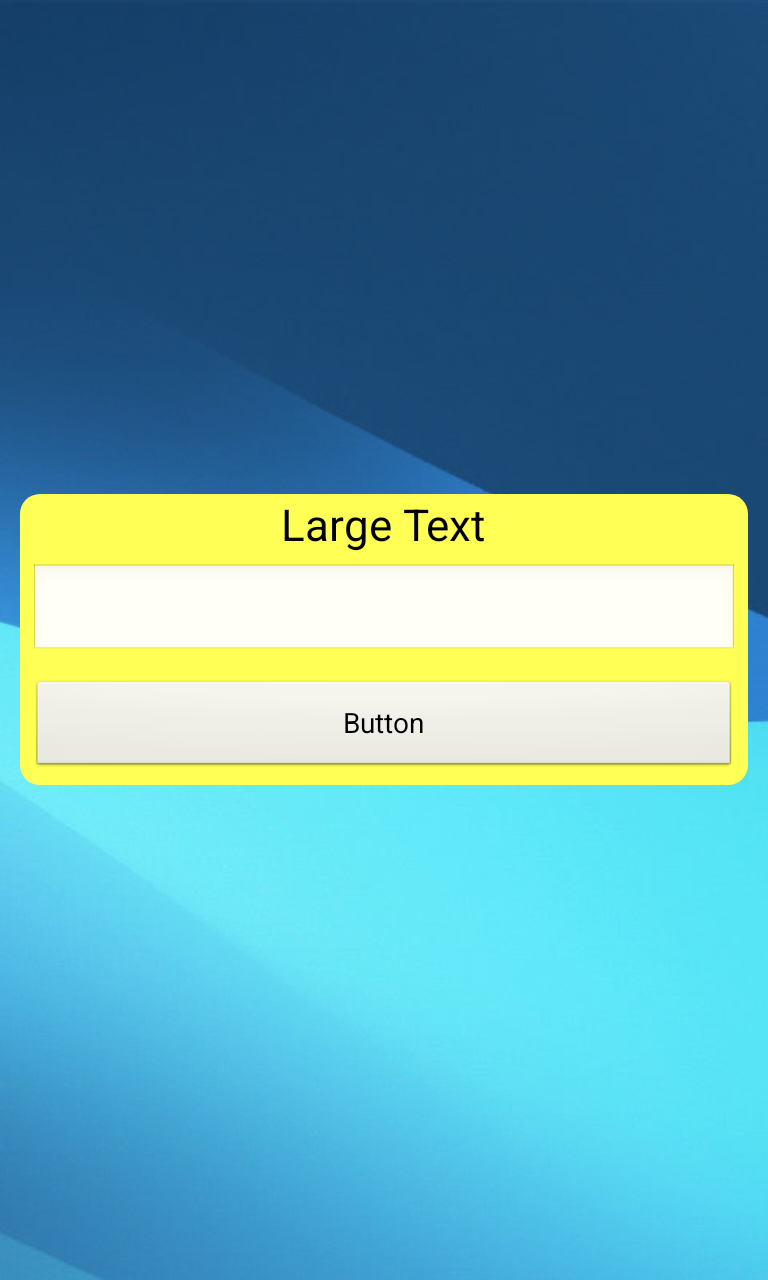
Repository: jonatansantos/Android-Server-Status
Layout: desarrollo/Principal/res/layout/login.xml
These files come from the project's save history. The layout is drawn as it stood at one moment and after the next save; the edit follows.
It is drawn on a 768 x 1280 px phone screen (xhdpi) without system bars, with theme android:Theme.Light.NoTitleBar; the app's code is not run.

Above is the layout before, as saved 2012-06-04 16:24:48.

### desarrollo/Principal/res/layout/login.xml
<?xml version="1.0" encoding="utf-8"?>
<RelativeLayout xmlns:android="http://schemas.android.com/apk/res/android"
    android:background="@drawable/fondo"
    android:id="@+id/RelativeLayout1"
    android:layout_width="match_parent"
    android:layout_height="match_parent"
    android:orientation="vertical" >





    <LinearLayout
        android:id="@+id/linear1"
        android:layout_width="match_parent"
        android:layout_height="wrap_content"
        android:layout_centerHorizontal="true"
        android:layout_centerVertical="true"
        android:layout_margin="10dp"
        android:background="@drawable/borde"
        android:orientation="vertical" >



        <TextView
            android:id="@+id/textView1"
            android:layout_width="wrap_content"
            android:layout_height="wrap_content"
            android:layout_gravity="center"
            android:gravity="center"
            android:text="Large Text"
            android:textAppearance="?android:attr/textAppearanceLarge" />


        <EditText
            android:id="@+id/editText1"
            android:layout_width="match_parent"
            android:layout_height="wrap_content"
            android:layout_margin="5dp"
            android:ems="10" />




        <LinearLayout
            android:id="@+id/linear2"
            android:layout_width="match_parent"
            android:layout_height="wrap_content"
            android:layout_weight="2"
            android:weightSum="2" >




            <Button
                android:id="@+id/button1"
                android:layout_width="match_parent"
                android:layout_height="wrap_content"
                android:layout_margin="5dp"
                android:layout_weight="1"
                android:text="Button" />

        </LinearLayout>

    </LinearLayout>

</RelativeLayout>

### desarrollo/Principal/res/drawable/borde.xml
<?xml version="1.0" encoding="utf-8"?>
<shape xmlns:android="http://schemas.android.com/apk/res/android"
    android:shape="rectangle">
    <solid android:color="#FFFF55"/>
    <corners android:bottomRightRadius="10dp" android:bottomLeftRadius="10dp"
        android:topLeftRadius="10dp" android:topRightRadius="10dp"/>


</shape>

After the next save:
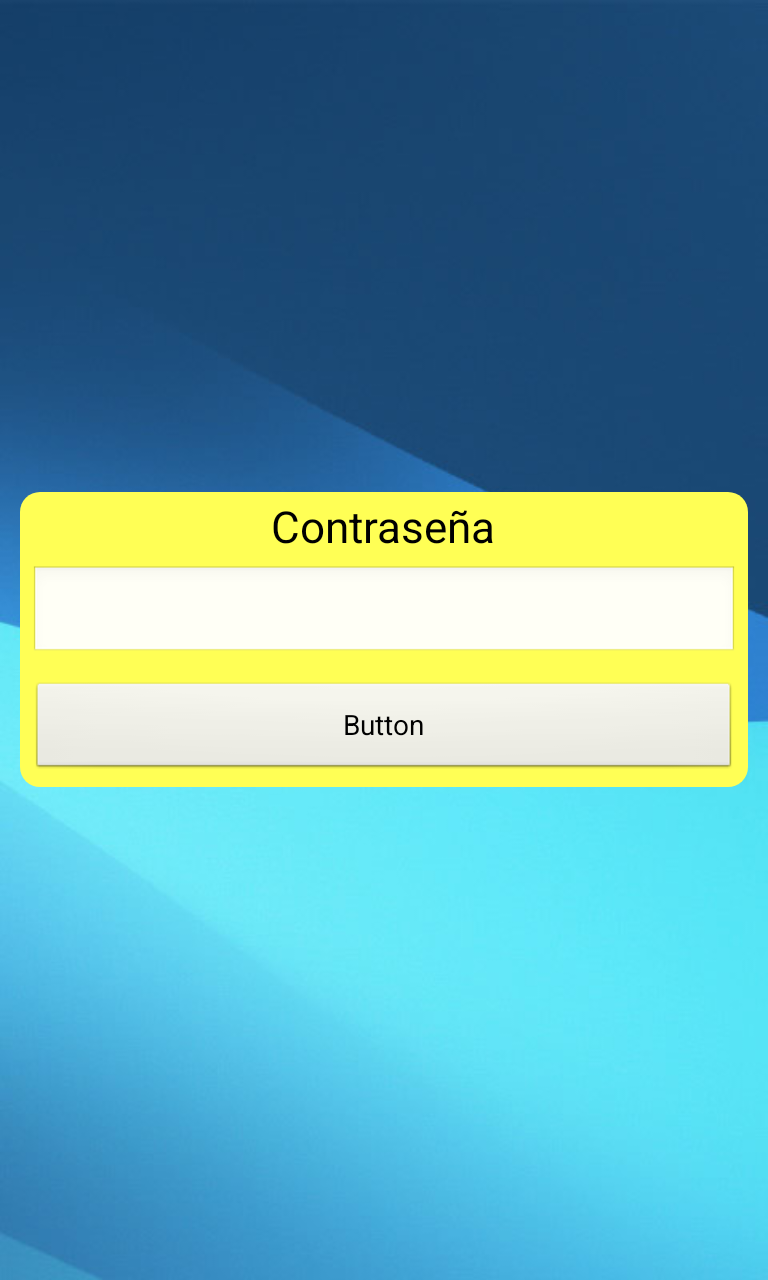
Saved 18 s later.
--- a/desarrollo/Principal/res/layout/login.xml
+++ b/desarrollo/Principal/res/layout/login.xml
@@ -22,13 +22,16 @@
 
 
 
+
+
         <TextView
             android:id="@+id/textView1"
             android:layout_width="wrap_content"
             android:layout_height="wrap_content"
             android:layout_gravity="center"
+            android:layout_marginTop="2dp"
             android:gravity="center"
-            android:text="Large Text"
+            android:text="@string/contraseña"
             android:textAppearance="?android:attr/textAppearanceLarge" />
 
 
